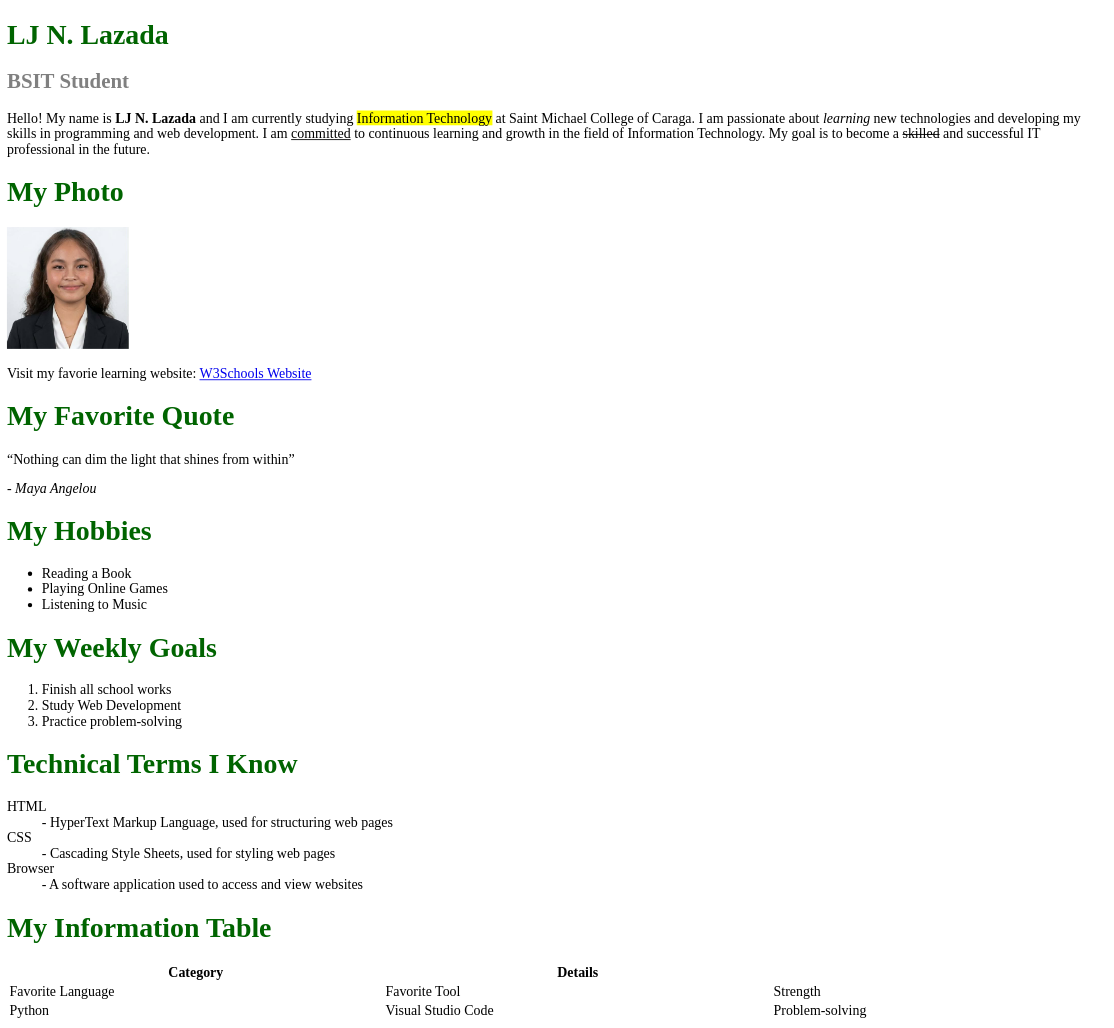
Repository: ljlazada11/myfirsthtml
Page: index.html
The author's editor kept a copy of each file at every save. The page is drawn from the files as they stood at one save, then again after the next save.
The browser window is 1280 px wide. The pictures show the whole page, at 87% of full size.

Above is the page before, as saved 2026-06-24 20:33:58.

After the next save:
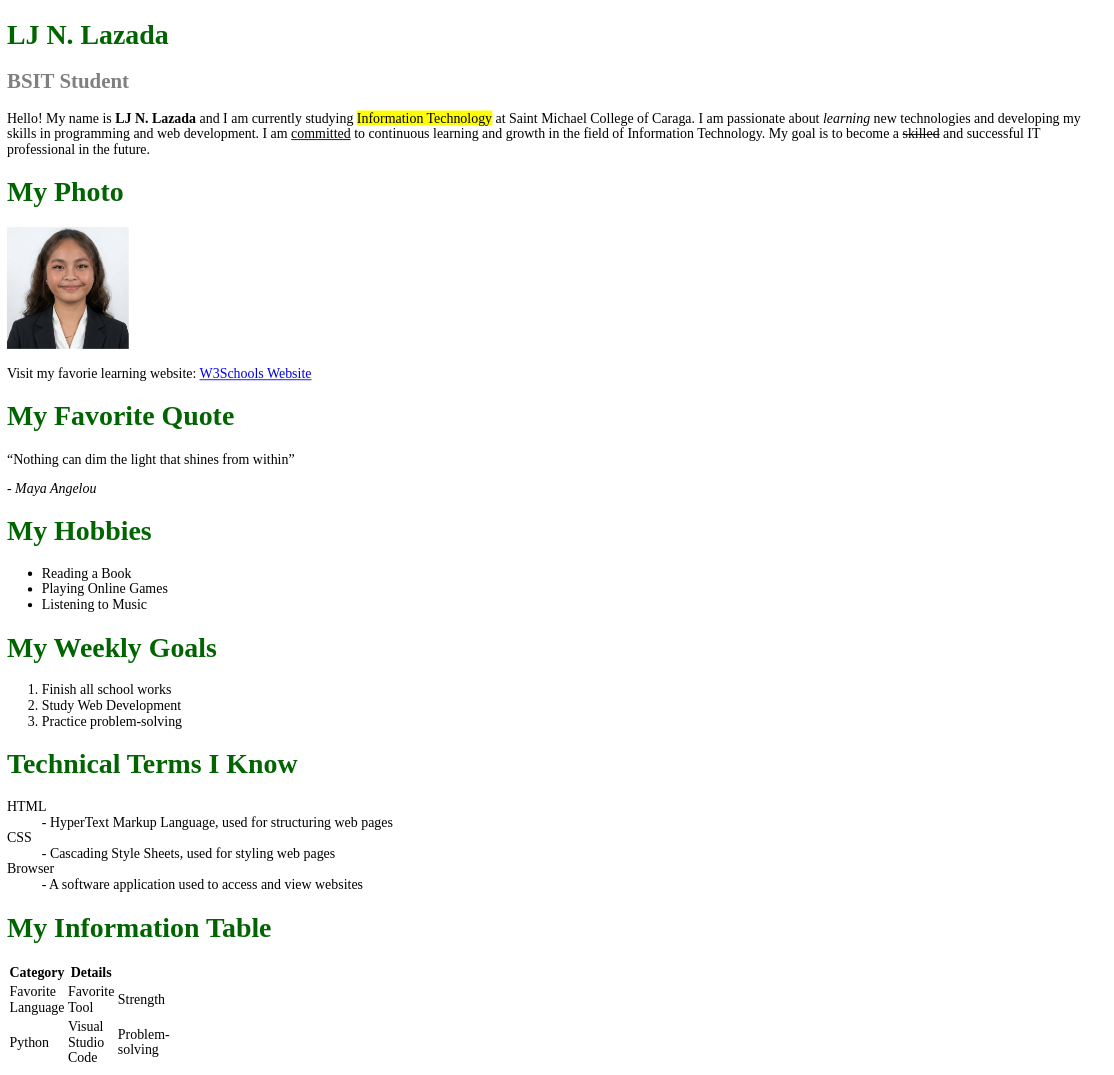
Saved 9 s later.
--- a/index.html
+++ b/index.html
@@ -46,7 +46,7 @@
     </dl>
 </body>
     <h1 style="color:darkgreen">My Information Table</h1>
-<table style="width:100%">
+<table style="width:10%">
   <tr>
     <th>Category</th>
     <th>Details</th>
